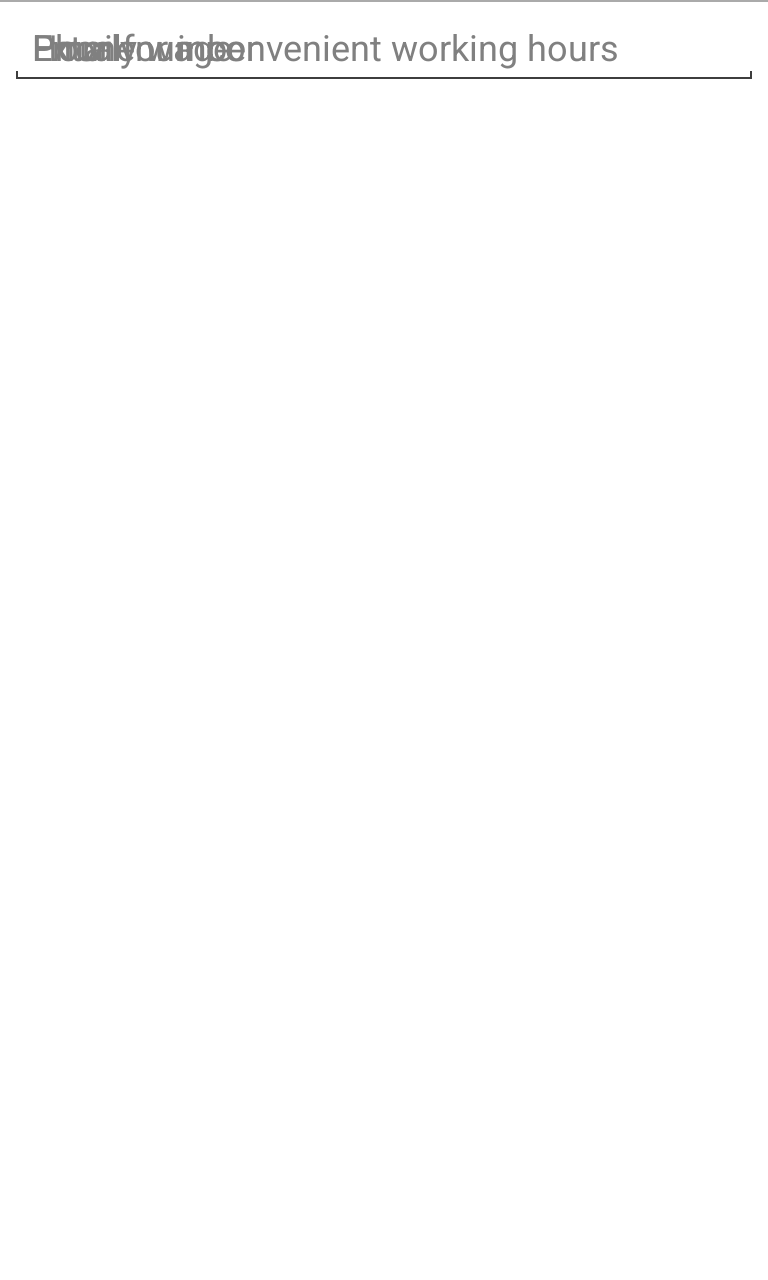
Repository: LudvigN/Hourly
Layout: Hourly/res/layout/add_emp_dialog.xml
The author's editor kept a copy of each file at every save. The layout is drawn from the files as they stood at one save, then again after the next save.
It is drawn on a 768 x 1280 px phone screen (xhdpi) without system bars, with theme AppTheme; the app's code is not run.

Above is the layout before, as saved 2014-03-22 14:07:03.

After the next save:
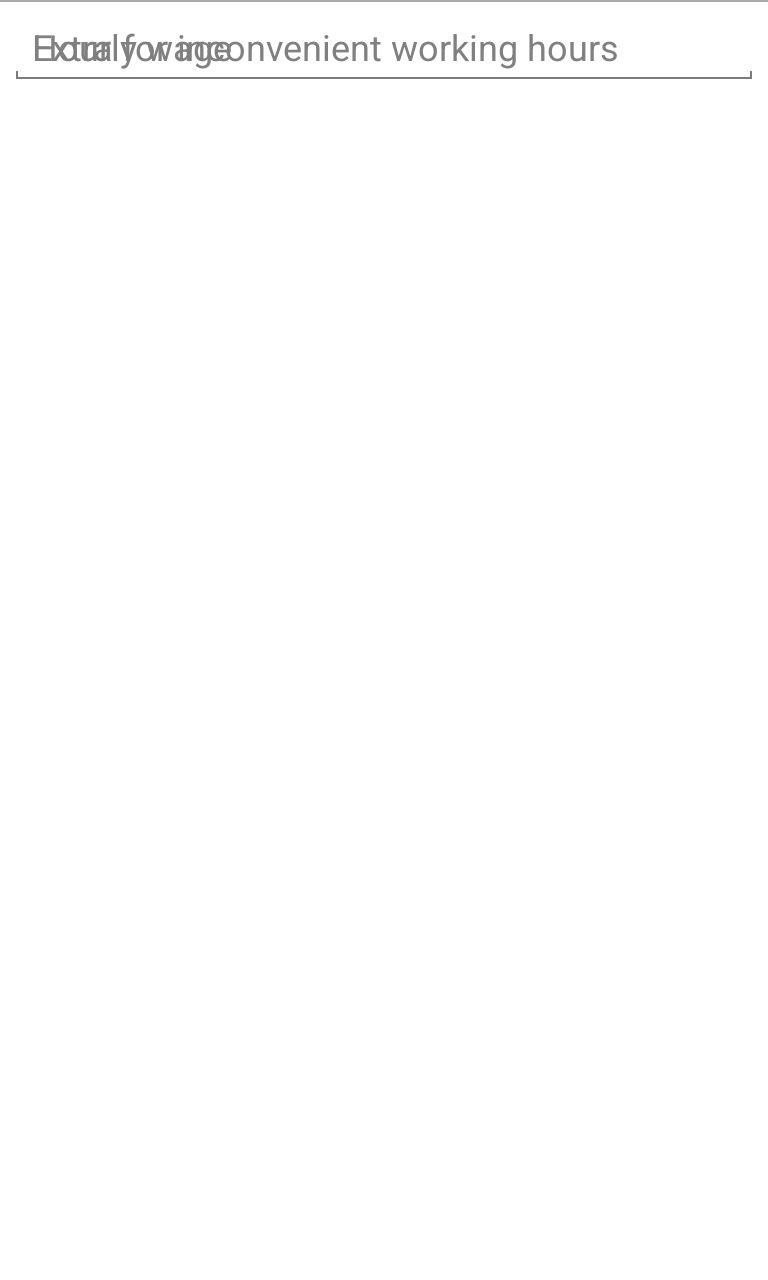
Saved 68 s later.
--- a/Hourly/res/layout/add_emp_dialog.xml
+++ b/Hourly/res/layout/add_emp_dialog.xml
@@ -20,6 +20,7 @@
         android:layout_margin="4dp"
         android:inputType="phone"
         android:hint="@string/newEmpPhone"
+        android:layout_above="@+id/dialog_txt_new_emp_email"
         />
       <EditText
         android:id="@+id/dialog_txt_new_emp_email"
@@ -28,6 +29,7 @@
         android:layout_margin="4dp"
         android:inputType="textEmailAddress"
         android:hint="@string/newEmpEmail"
+        android:layout_above="@+id/dialog_txt_new_emp_salery"
         />
       <View
     android:layout_width="fill_parent"
